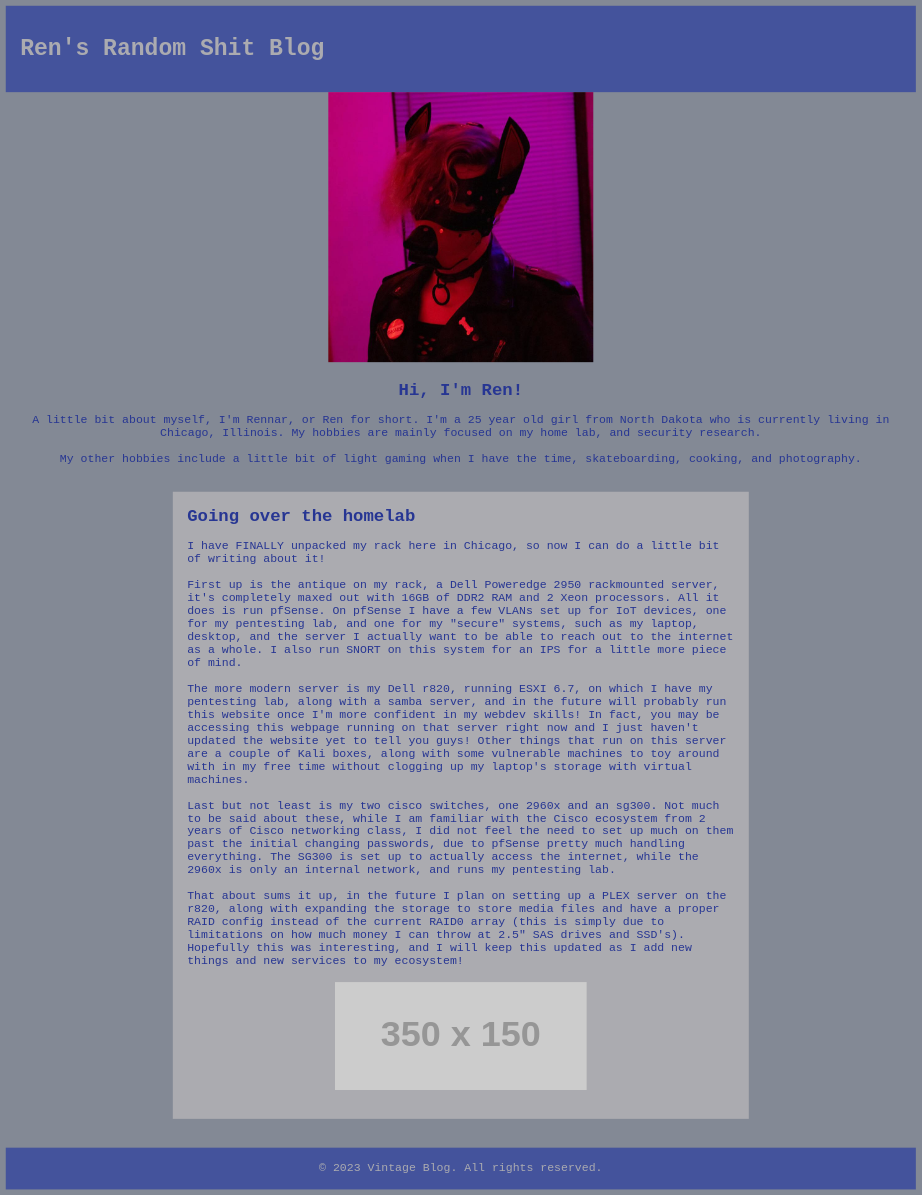
Repository: RennarDeer/RenDev
Page: index.html
These files come from the project's save history. The page is drawn as it stood at one moment and after the next save; the edit follows.
The browser window is 1280 px wide. The pictures show the whole page, at 72% of full size.

Above is the page before, as saved 2023-02-14 22:19:52.

### index.html
<!DOCTYPE html>
<html>
  <head>
    <title>Rennar's Website</title>
    <link rel="stylesheet" type="text/css" href="style.css">
  </head>
  <body>
    <header>
      <h1>Ren's Random Shit Blog</h1>

    </header>
     <!-- "About" section -->
     <section id="about" class="intro">
        <!--Replace with your own image-->
        <center><img src="renpic.JPG"
            alt="RennarPicture" height=375px;>
        <h2 class="section-title">Hi, I'm Ren!</h2>
        <p>
            A little bit about myself, I'm Rennar, or Ren for short. I'm a 25 year old girl from North Dakota
            who is currently living in Chicago, Illinois. My hobbies are mainly focused on my home lab, and security research.
            <br><br>
            My other hobbies include a little bit of light gaming when I have the time, skateboarding, cooking, and photography.</center>
	</p>
    </section>
    <main>
      <article>
        <h2>Going over the homelab</h2>
                        I have FINALLY unpacked my rack here in Chicago, so now I can do a little bit of writing about it!

                            <br><br>


                        First up is the antique on my rack, a Dell Poweredge 2950 rackmounted server, it's completely
                        maxed out with 16GB of DDR2 RAM and 2 Xeon processors. All it does is run pfSense. On pfSense
                        I have a few VLANs set up for IoT devices, one for my pentesting lab, and one for my "secure"
                        systems, such as my laptop, desktop, and the server I actually want to be able to reach out
                        to the internet as a whole. I also run SNORT on this system for an IPS for a little more piece
                        of mind.

                            <br><br>

                        The more modern server is my Dell r820, running ESXI 6.7, on which I have my pentesting lab,
                        along with a samba server, and in the future will probably run this website once I'm more confident
                        in my webdev skills! In fact, you may be accessing this webpage running on that server right now and
                        I just haven't updated the website yet to tell you guys! Other things that run on this server are a
                        couple of Kali boxes, along with some vulnerable machines to toy around with in my free time without
                        clogging up my laptop's storage with virtual machines.

                            <br><br>

                        Last but not least is my two cisco switches, one 2960x and an sg300. Not much to be said about these,
                        while I am familiar with the Cisco ecosystem from 2 years of Cisco networking class, I did not feel
                        the need to set up much on them past the initial changing passwords, due to pfSense pretty much handling
                        everything. The SG300 is set up to actually access the internet, while the 2960x is only an internal
                        network, and runs my pentesting lab.

                            <br><br>

                        That about sums it up, in the future I plan on setting up a PLEX server on the r820, along with expanding
                        the storage to store media files and have a proper RAID config instead of the current RAID0 array (this is
                        simply due to limitations on how much money I can throw at 2.5" SAS drives and SSD's). Hopefully this was
                        interesting, and I will keep this updated as I add new things and new services to my ecosystem!
        <img src="https://via.placeholder.com/350x150" alt="Blog Post Image">
      </article>
    </main>
    <footer>
      &copy; 2023 Vintage Blog. All rights reserved.
    </footer>
  </body>
</html>

### style.css
body {
    background-color: #838995;
    color: #273693;
    font-family: "Courier New", Courier, monospace;
    font-size: 16px;
  }

  header {
    background-color: #44539c;
    color: #ababb0;
    padding: 20px;
    display: flex;
    justify-content: space-between;
    align-items: center;
  }

  nav ul {
    list-style: none;
    margin: 0;
    padding: 0;
    display: flex;
  }

  nav ul li {
    margin: 0 10px;
  }

  nav ul li a {
    color: #ababb0;
    text-decoration: none;
  }

  main {
    max-width: 800px;
    margin: 0 auto;
    padding: 20px;
  }

  article {
    background-color: #ababb0;
    padding: 20px;
    margin-bottom: 20px;
  }

  article h2 {
    color: #273693;
    font-size: 24px;
    margin-top: 0;
  }

  article img {
    display: block;
    margin: 20px auto;
  }

  footer {
    background-color: #44539c;
    color: #ababb0;
    padding: 20px;
    text-align: center;
  }

After the next save:
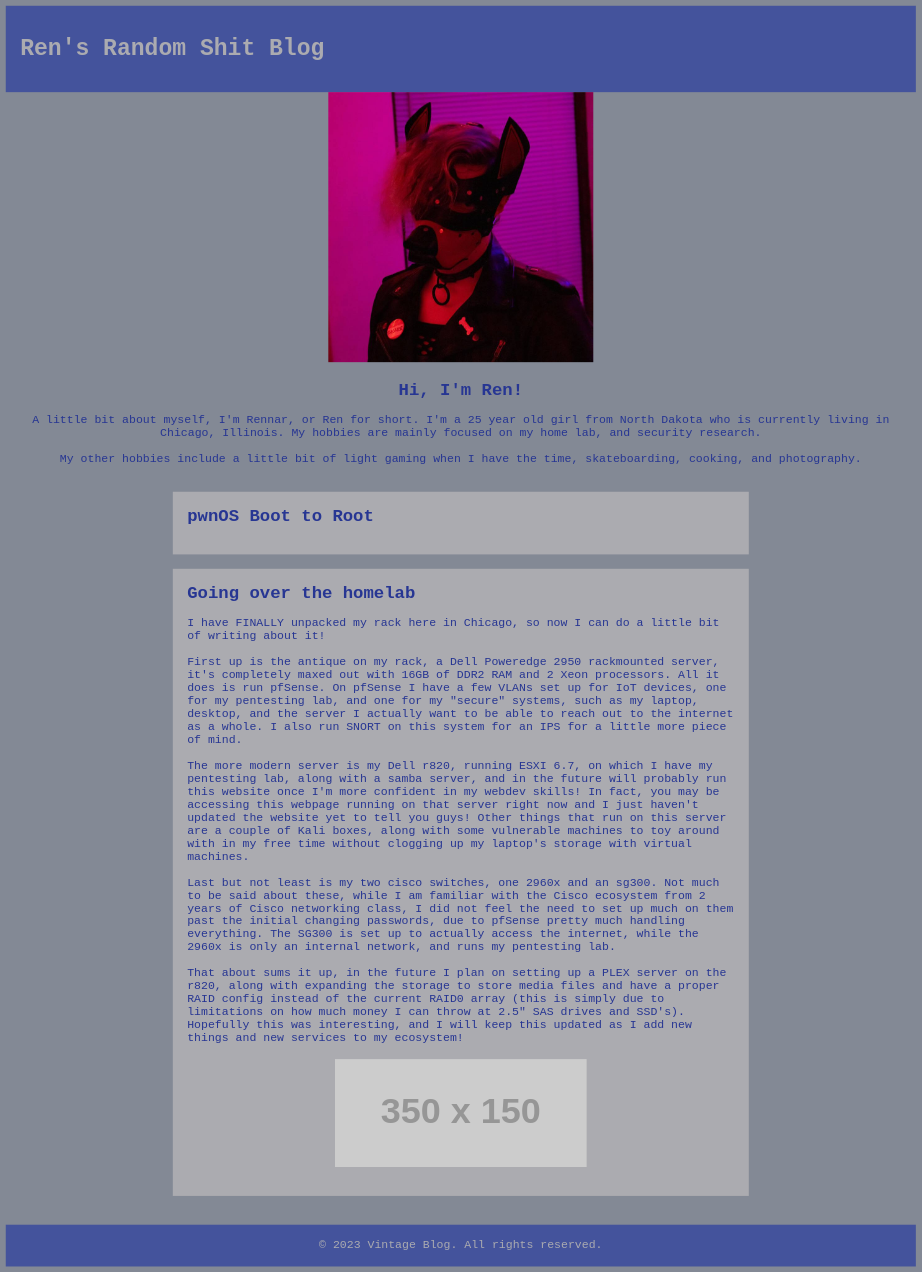
Saved 62 s later.
--- a/index.html
+++ b/index.html
@@ -23,6 +23,11 @@
 	</p>
     </section>
     <main>
+      <article>
+        <h2>pwnOS Boot to Root
+
+        </h2>
+      </article>
       <article>
         <h2>Going over the homelab</h2>
                         I have FINALLY unpacked my rack here in Chicago, so now I can do a little bit of writing about it!
